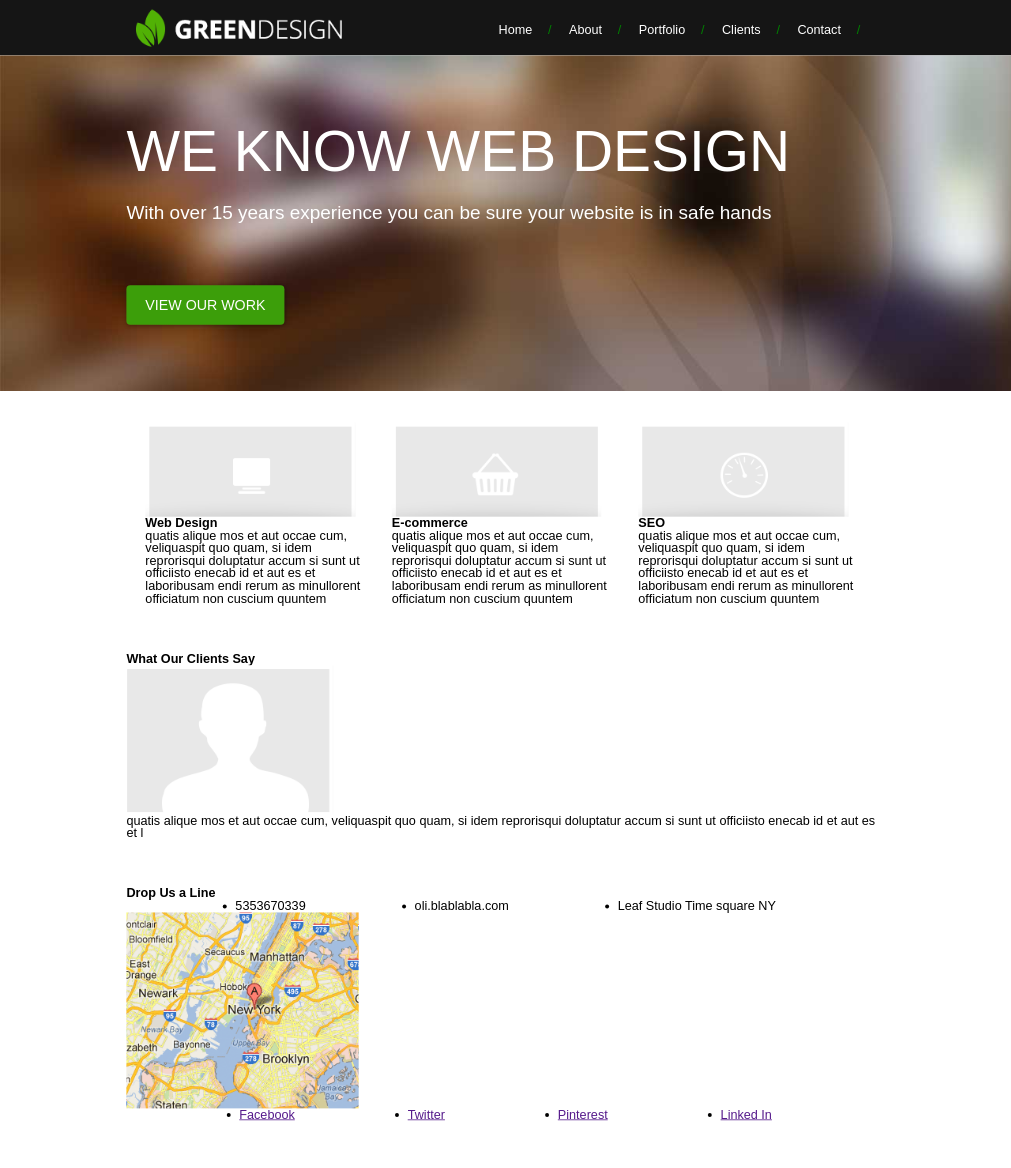
Repository: Piterwk1/psd-to-html
Page: website/index.html
These files come from the project's save history. The page is drawn as it stood at one moment and after the next save; the edit follows.
The browser window is 1280 px wide. The pictures show the whole page, at 79% of full size.

Above is the page before, as saved 2021-09-14 21:04:46.

### website/index.html
<html lang="en">

<head>
    <meta charset="UTF-8">
    <meta http-equiv="X-UA-Compatible" content="IE=edge">
    <meta name="viewport" content="width=device-width, initial-scale=1.0">
    <title>Green Design</title>
    <link rel="stylesheet" href="style.css">
</head>

<body>
    <header>
        <div class="wrapper">
            <h1 id="logo">Green Design</h1>
            <nav>
                <h2>Main Navigation</h2>
                <ul>
                    <li><a href="">Home</a><span>/</span></li>
                    <li><a href="">About</a><span>/</span></li>
                    <li><a href="">Portfolio</a><span>/</span></li>
                    <li><a href="">Clients</a><span>/</span></li>
                    <li><a href="">Contact</a><span>/</span></li>
                </ul>
            </nav>
        </div>
    </header>
    <div id="lead-banner">
        <img src="images/Baner.jpg" alt="main banner">
        <div class="banner-overlay">
            <div class="wrapper">
                <div class="banner-title">We know web Design</div>
                <p>With over 15 years experience you can be sure your website is in safe hands</p>
                <a href="">View our work</a>
            </div>
        </div>
    </div>
    <div id="main-content">

        <div class="wrapper">

            <section id="points-of-sale">
                <h2>Point of Sale</h2>
                <ul>
                    <li>
                        <img src="images/cs1.png" alt="Web Design">
                        <h3>Web Design</h3>
                        <p>quatis alique mos et aut occae cum, veliquaspit quo quam, si idem reprorisqui doluptatur
                            accum si
                            sunt ut officiisto enecab id et aut es et laboribusam endi rerum as minullorent officiatum
                            non
                            cuscium quuntem</p>
                    </li>
                    <li>
                        <img src="images/cs2.png" alt="E-commerce">
                        <h3>E-commerce</h3>
                        <p>quatis alique mos et aut occae cum, veliquaspit quo quam, si idem reprorisqui doluptatur
                            accum si
                            sunt ut officiisto enecab id et aut es et laboribusam endi rerum as minullorent officiatum
                            non
                            cuscium quuntem</p>
                    </li>
                    <li>
                        <img src="images/cs3.png" alt="SEO">
                        <h3>SEO</h3>
                        <p>quatis alique mos et aut occae cum, veliquaspit quo quam, si idem reprorisqui doluptatur
                            accum si
                            sunt ut officiisto enecab id et aut es et laboribusam endi rerum as minullorent officiatum
                            non
                            cuscium quuntem</p>
                    </li>
                </ul>
            </section>
            <section id="clients">
                <h2>What Our Clients Say</h2>
                <img src="images/head.png" alt="head">
                <!-- <img src="images/quotes.png" alt="quotes"> -->
                <blockquote>quatis alique mos et aut occae cum, veliquaspit quo quam, si idem reprorisqui doluptatur
                    accum
                    si sunt ut officiisto enecab id et aut es et l</blockquote>
            </section>
            <section id="contact">
                <h2>Drop Us a Line</h2>
                <ul id="contact-methods">
                    <li>5353670339</li>
                    <li>oli.blablabla.com</li>
                    <li>
                        <span>Leaf Studio</span>
                        <span>Time square</span>
                        <span>NY</span>
                    </li>
                </ul>
                <img src="images/map.png" alt="map">
                <ul id="social-map">
                    <li class="facebook"><a href="">Facebook</a></li>
                    <li class="twitter"><a href="">Twitter</a></li>
                    <li class="pinterest"><a href="">Pinterest</a></li>
                    <li class="linked-in"><a href="">Linked In</a></li>
                </ul>
            </section>
        </div>
    </div>
</body>

</html>

### website/style.css
html,
body,
div,
span,
object,
iframe,
h1,
h2,
h3,
h4,
h5,
h6,
p,
blockquote,
pre,
abbr,
address,
cite,
code,
del,
dfn,
em,
img,
ins,
kbd,
q,
samp,
small,
strong,
sub,
sup,
var,
b,
i,
dl,
dt,
dd,
ol,
ul,
li,
fieldset,
form,
label,
legend,
table,
caption,
tbody,
tfoot,
thead,
tr,
th,
td,
article,
aside,
canvas,
details,
figcaption,
figure,
footer,
header,
hgroup,
menu,
nav,
section,
summary,
time,
mark,
audio,
video {
  margin: 0;
  padding: 0;
  border: 0;
  outline: 0;
  font-size: 100%;
  vertical-align: baseline;
  background: transparent;
  font-family: arial;
}

body {
  line-height: 1;
}

article,
aside,
details,
figcaption,
figure,
footer,
header,
hgroup,
menu,
nav,
section {
  display: block;
}

nav ul {
  list-style: none;
}

blockquote,
q {
  quotes: none;
}

blockquote:before,
blockquote:after,
q:before,
q:after {
  content: "";
  content: none;
}

a {
  margin: 0;
  padding: 0;
  font-size: 100%;
  vertical-align: baseline;
  background: transparent;
}

/* change colours to suit your needs */
ins {
  background-color: #ff9;
  color: #000;
  text-decoration: none;
}

/* change colours to suit your needs */
mark {
  background-color: #ff9;
  color: #000;
  font-style: italic;
  font-weight: bold;
}

del {
  text-decoration: line-through;
}

abbr[title],
dfn[title] {
  border-bottom: 1px dotted;
  cursor: help;
}

table {
  border-collapse: collapse;
  border-spacing: 0;
}

/* change border colour to suit your needs */
hr {
  display: block;
  height: 1px;
  border: 0;
  border-top: 1px solid #cccccc;
  margin: 1em 0;
  padding: 0;
}

input,
select {
  vertical-align: middle;
}

header div {
  display: flex;
  justify-content: space-between;
  width: 100%;
  max-width: 960px;
  margin: 0 auto;
}

.wrapper {
  width: 100%;
  max-width: 960px;
  margin: 0 auto;
}

header {
  background: #151515;
}

#logo {
  background: url(images/Logo.png) no-repeat;
  height: 70px;
  width: 280px;
  text-indent: -100000px;
}

header nav {
  margin-top: 30px;
  margin-right: 20px;
  width: 50%;
}

header nav h2 {
  height: 0;
  text-indent: -100000px;
}
header nav a {
  color: #fff;
  text-decoration: none;
  font-family: arial;
}

header nav ul {
  display: flex;
  justify-content: space-around;
}

header nav span {
  color: green;
  margin-left: 20px;
}

#lead-banner img {
  width: 100%;
}

#lead-banner {
  max-height: 440px;
  overflow: hidden;
  position: relative;
}

.banner-overlay {
  position: absolute;
  top: 20%;
  width: 100%;
}

.banner-title {
  color: #fff;
  text-transform: uppercase;
  font-size: 72px;
}

#lead-banner p {
  color: #fff;
  font-size: 24px;
  min-width: 600px;
  margin-top: 30px;
}

#lead-banner a {
  color: #fff;
  display: block;
  width: 200px;
  font-size: 18px;
  text-align: center;
  padding: 16px 0;
  text-decoration: none;
  text-transform: uppercase;
  border-radius: 5px;
  margin-top: 80px;
  box-shadow: 1px 1px 6px rgba(0, 0, 0, 0.4);

  /* Permalink - use to edit and share this gradient: https://colorzilla.com/gradient-editor/#3c9e0a+0,3c9e0a+100 */
  background: #3c9e0a; /* Old browsers */
  background: -moz-linear-gradient(
    top,
    #3c9e0a 0%,
    #3c9e0a 100%
  ); /* FF3.6-15 */
  background: -webkit-linear-gradient(
    top,
    #3c9e0a 0%,
    #3c9e0a 100%
  ); /* Chrome10-25,Safari5.1-6 */
  background: linear-gradient(
    to bottom,
    #3c9e0a 0%,
    #3c9e0a 100%
  ); /* W3C, IE10+, FF16+, Chrome26+, Opera12+, Safari7+ */
  filter: progid:DXImageTransform.Microsoft.gradient( startColorstr='#3c9e0a', endColorstr='#3c9e0a',GradientType=0 ); /* IE6-9 */
}

section {
    margin: 40px 0 60px;
}

section#points-of-sale ul {
    list-style: none;
}

#points-of-sale h2 {
    height: 0;
    text-indent: -10000px;
}

section ul {
    display: flex;
    justify-content: space-evenly;
}

#points-of-sale li {
    width: 30%;
}

After the next save:
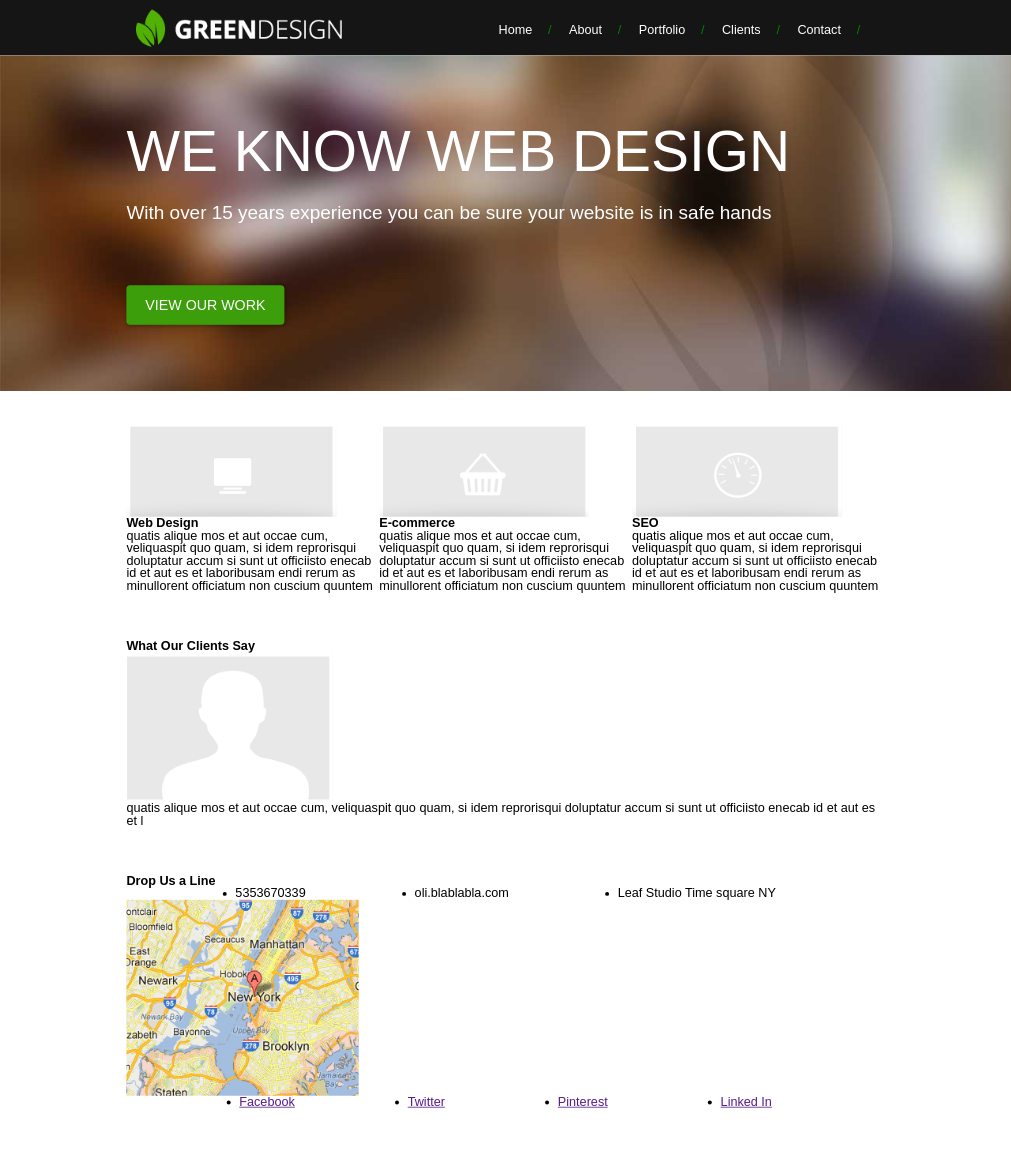
Saved 15 s later.
--- a/website/style.css
+++ b/website/style.css
@@ -296,6 +296,6 @@
     justify-content: space-evenly;
 }
 
-#points-of-sale li {
+/* #points-of-sale li {
     width: 30%;
-}
+} */

After the save that followed:
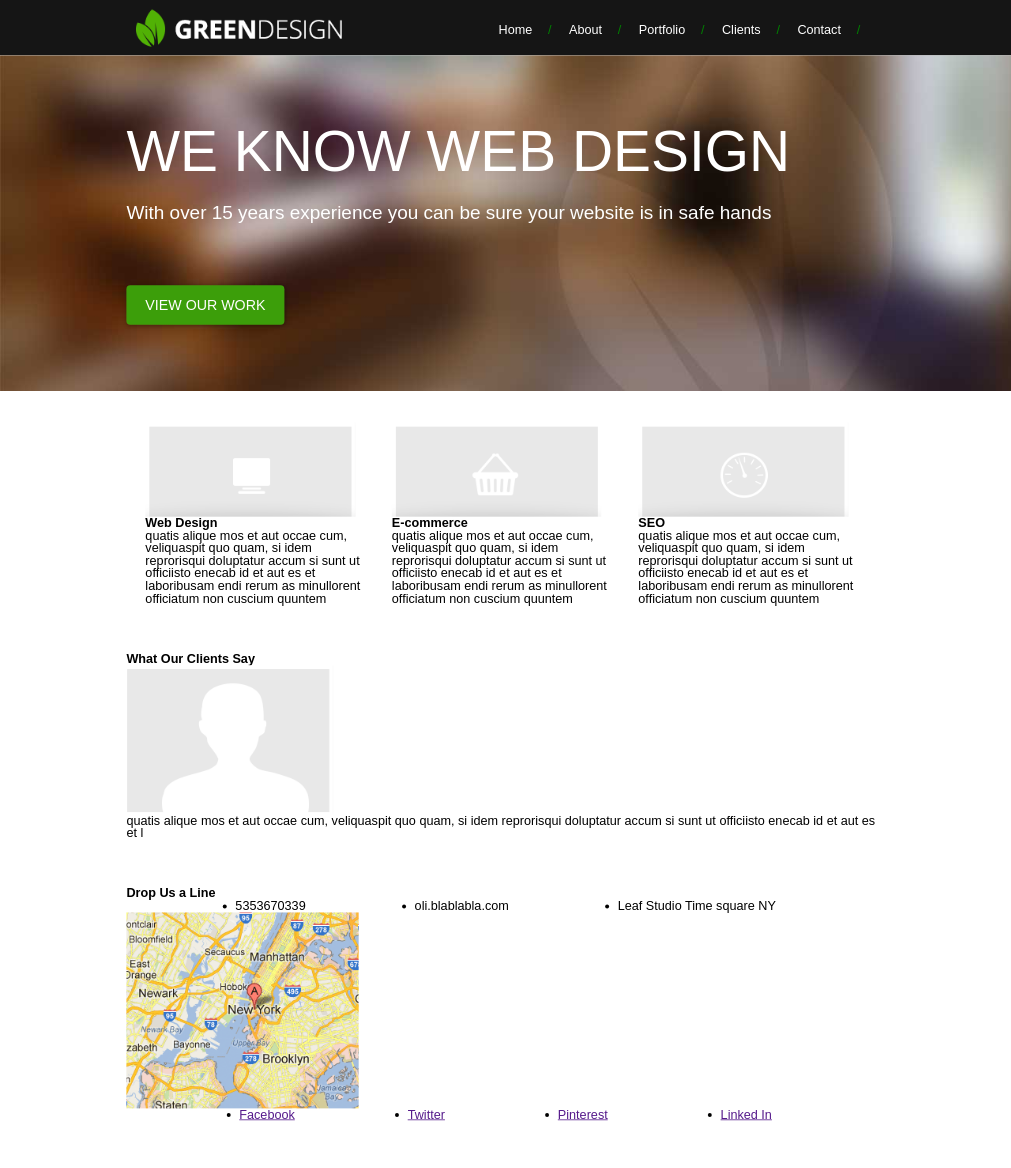
Saved 25 s later.
--- a/website/style.css
+++ b/website/style.css
@@ -296,6 +296,6 @@
     justify-content: space-evenly;
 }
 
-/* #points-of-sale li {
+#points-of-sale li {
     width: 30%;
-} */
+}
